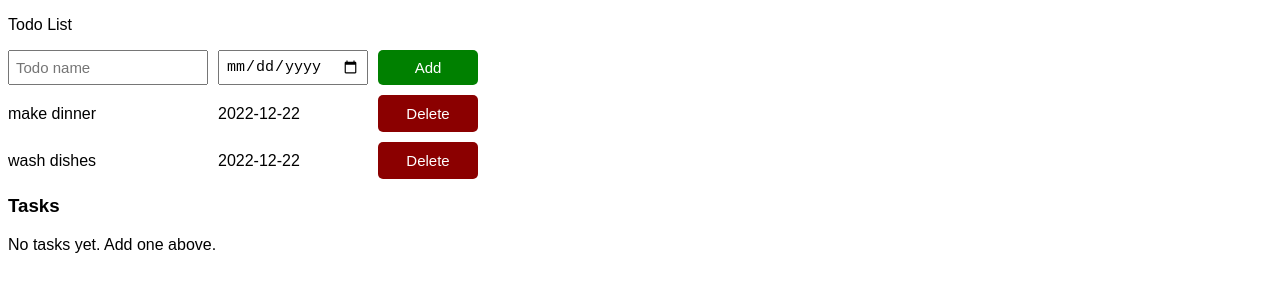
Repository: hawamubarakk/To-Do-list-
Page: 11-to-do-list.html
An editor plug-in stored every save of this project. The page is shown before and after the next save, followed by the edit.
The browser window is 1280 px wide. The pictures show the whole page.

Above is the page before, as saved 2025-08-16 13:36:54.

### 11-to-do-list.html
<!DOCTYPE html>
<html>
  <head>
    <title>Todo List</title>
    <link rel="stylesheet" href="11-to-do-list.css">
  </head>
  <body>
    <p>Todo List</p>

    <div class="todo-input-grid">
      <input placeholder="Todo name" id="todoText"
        class="js-name-input name-input">
      <input type="date" id="todoDate"
        class="js-due-date-input due-date-input">
      <button onclick="
        addTodo();
      " class="add-todo-button" id = "addBtn">Add</button>
    </div>

    <div class="js-todo-list todo-grid"></div>

    <script src="11-to-do-list.js"></script>

    <ul id="taskList"></ul>

    <h3 style="margin-top:16px;">Tasks</h3>
    <p id="empty-state">No tasks yet. Add one above.</p>
    <ul id="todo-list" class="todo-list"></ul>

  </body>
</html>

### 11-to-do-list.css
body {
  font-family: Arial;
}

.todo-grid,
.todo-input-grid {
  display: grid;
  grid-template-columns: 200px 150px 100px;
  column-gap: 10px;
  row-gap: 10px;
  align-items: center;
}

.todo-input-grid {
  margin-bottom: 10px;
  align-items: stretch;
}

.name-input,
.due-date-input {
  font-size: 15px;
  padding: 6px;
}

.add-todo-button {
  background-color: green;
  color: white;
  border: none;
  font-size: 15px;
  cursor: pointer;
}

.delete-todo-button {
  background-color: darkred;
  color: white;
  border: none;
  font-size: 15px;
  cursor: pointer;
  padding-top: 10px;
  padding-bottom: 10px;
}

.todo-row {
  display: contents; /* Allows children to follow the .todo-grid layout */
}

.completed {
  text-decoration: line-through;
  color: gray;
}
button {
  background: green;
  color: white;
  border: none;
  padding: 8px 15px;
  border-radius: 5px;
  cursor: pointer;
}
button:hover {
  background: darkgreen;
}

.todo-list { list-style: none; padding: 0; margin-top: 8px; }
.todo-item {
  display: flex; justify-content: space-between; align-items: center;
  padding: 10px 12px; border: 1px solid #ddd; border-radius: 6px;
  margin-bottom: 8px;
}
.todo-text { font-weight: 500; }
.todo-date { opacity: 0.7; font-size: 0.9rem; }

### 11-to-do-list.js
const todoList = [{
  name: 'make dinner',
  dueDate: '2022-12-22'
}, {
  name: 'wash dishes',
  dueDate: '2022-12-22'
}];

renderTodoList();

function renderTodoList() {
  let todoListHTML = '';

  for (let i = 0; i < todoList.length; i++) {
    const todoObject = todoList[i];
    //const name = todoObject.name;
    //const dueDate = todoObject.dueDate;
    const { name, dueDate } = todoObject;
    const html = `
    <div class="todo-row">
        <div>${name}</div>
        <div>${dueDate}</div>
        <button onclick="
        todoList.splice(${i}, 1);
        renderTodoList();
        " class="delete-todo-button">Delete</button>
    </div>
`;
    todoListHTML += html;
  }

  document.querySelector('.js-todo-list')
    .innerHTML = todoListHTML;
}

function addTodo() {
  const inputElement = document.querySelector('.js-name-input');
  const name = inputElement.value;

  const dateInputElement = document.querySelector('.js-due-date-input');
  const dueDate = dateInputElement.value;

  todoList.push({
    //name: name,
    //dueDate: dueDate,
    name,
    dueDate
  });

  inputElement.value = '';

  renderTodoList();
}

const listEl   = document.getElementById('todo-list');
const emptyEl  = document.getElementById('empty-state');
const textEl   = document.getElementById('todoText');
const dateEl   = document.getElementById('todoDate');
const addBtn   = document.getElementById('addBtn');

function addTask() {
  const text = (textEl.value || "").trim();
  const date = dateEl.value;

  if (!text) { alert("Please enter a task"); return; }

  const li = document.createElement('li');
  li.className = 'todo-item';
  li.innerHTML = `
    <span class="todo-text">${text}</span>
    <span class="todo-date">${date ? new Date(date).toLocaleDateString() : ""}</span>
  `;
  listEl.appendChild(li);

  textEl.value = "";
  dateEl.value = "";
  if (emptyEl) emptyEl.style.display = 'none';
}

addBtn.addEventListener('click', addTask);
textEl.addEventListener('keydown', (e) => { if (e.key === 'Enter') addTask(); });

After the next save:
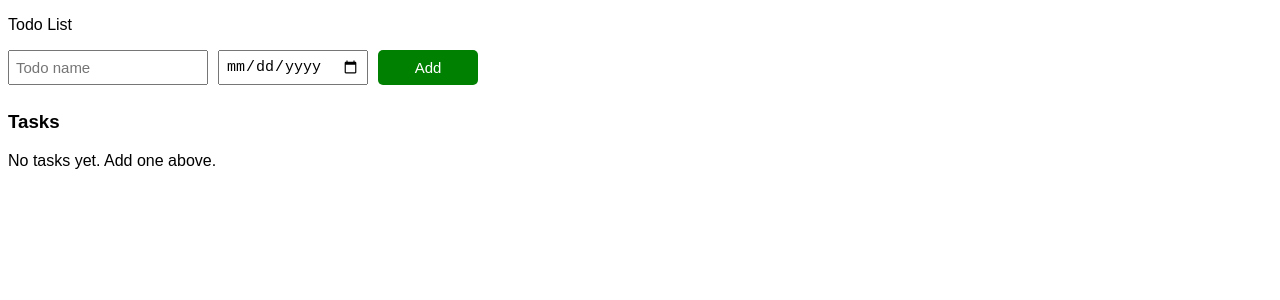
Console error: ReferenceError: todoList is not defined
Saved 24 s later.
--- a/11-to-do-list.js
+++ b/11-to-do-list.js
@@ -1,10 +1,3 @@
-const todoList = [{
-  name: 'make dinner',
-  dueDate: '2022-12-22'
-}, {
-  name: 'wash dishes',
-  dueDate: '2022-12-22'
-}];
 
 renderTodoList();
 
